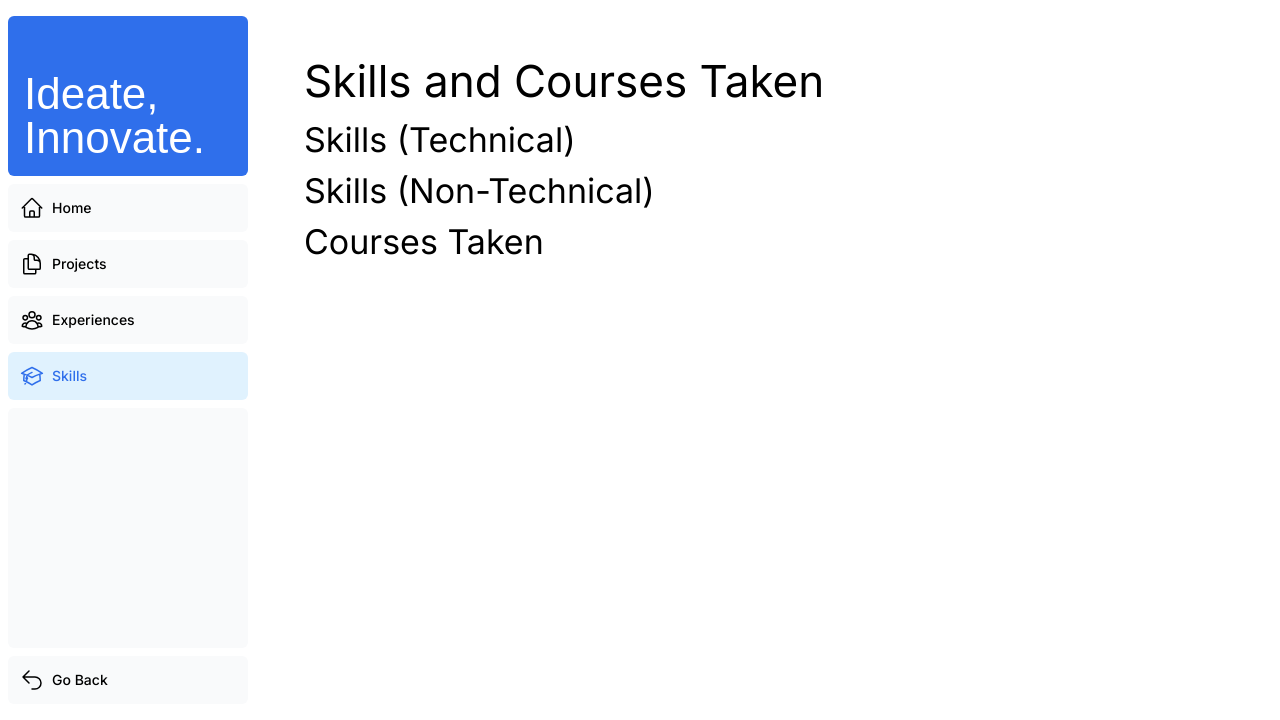
Repository: ThatGirlJam/jaime-portfolio
Page: /dashboard/skills
An editor plug-in stored every save of this project. The page is shown before and after the next save, followed by the edit.
The browser window is 1280 px wide. The pictures show the whole page.
Some web fonts or font styles are not loaded; a fallback is used. The project was rebuilt for these pictures with package versions that can differ from the ones it lists, and the page was loaded fresh each time. The framework's server and built-in components were replaced by stand-ins that run in the browser. Also part of the build but not shown: next.config.js.

Above is the page before, as saved 2024-04-09 23:21:38.

### app/dashboard/skills/page.tsx
export default function Page() {
  return (
    <div>
      <p className="text-[44px]"> Skills and Courses Taken </p>
      <p className="text-[34px]"> Skills (Technical) </p>
      <p className="text-[34px]"> Skills (Non-Technical) </p>
      <p className="text-[34px]"> Courses Taken </p>
    </div>
  );
}

### app/ui/fonts.ts
import { Inter } from 'next/font/google';
import { Lusitana } from 'next/font/google';

export const inter = Inter({ subsets: ['latin'] });

export const lusitana = Lusitana({
  weight: ['400', '700'],
  subsets: ['latin'],
});

### app/ui/dashboard/sidenav.tsx
import Link from 'next/link';
import NavLinks from '@/app/ui/dashboard/nav-links';
import BannerLogo from '@/app/ui/banner-logo';
import { ArrowUturnLeftIcon } from '@heroicons/react/24/outline';

export default function SideNav() {
  return (
    <div className="flex h-full flex-col px-3 py-4 md:px-2">
      <Link
        className="h-25 mb-2 flex items-end justify-start rounded-md bg-blue-600 p-4 md:h-40"
        href="/"
      >
        <div className="w-32 text-white md:w-40">
          <BannerLogo />
        </div>
      </Link>
      <div className="flex grow flex-row justify-between space-x-2 md:flex-col md:space-x-0 md:space-y-2">
        <NavLinks />
        <div className="hidden h-auto w-full grow rounded-md bg-gray-50 md:block"></div>
        <Link href="/">
          <button className="flex h-[48px] w-full grow items-center justify-center gap-2 rounded-md bg-gray-50 p-3 text-sm font-medium hover:bg-sky-100 hover:text-blue-600 md:flex-none md:justify-start md:p-2 md:px-3">
            <ArrowUturnLeftIcon className="w-6" />
            <div className="hidden md:block">Go Back</div>
          </button>
        </Link>
      </div>
    </div>
  );
}

### app/ui/dashboard/nav-links.tsx
'use client';

import {
  UserGroupIcon,
  HomeIcon,
  DocumentDuplicateIcon,
  AcademicCapIcon,
} from '@heroicons/react/24/outline';
import Link from 'next/link';
import { usePathname } from 'next/navigation';
import clsx from 'clsx';

// Map of links to display in the side navigation.
// Depending on the size of the application, this would be stored in a database.
const links = [
  { name: 'Home', href: '/dashboard', icon: HomeIcon },
  {
    name: 'Projects',
    href: '/dashboard/projects',
    icon: DocumentDuplicateIcon,
  },
  { name: 'Experiences', href: '/dashboard/experiences', icon: UserGroupIcon },
  { name: 'Skills', href: '/dashboard/skills', icon: AcademicCapIcon },
];

export default function NavLinks() {
  const pathname = usePathname();

  return (
    <>
      {links.map((link) => {
        const LinkIcon = link.icon;
        return (
          <Link
            key={link.name}
            href={link.href}
            //When the link.href aka link of the nav option matches the curr path name, turn blue to show user is on that page
            className={clsx(
              'flex h-[48px] grow items-center justify-center gap-2 rounded-md bg-gray-50 p-3 text-sm font-medium hover:bg-sky-100 hover:text-blue-600 md:flex-none md:justify-start md:p-2 md:px-3',
              {
                'bg-sky-100 text-blue-600': pathname === link.href,
              },
            )}
          >
            <LinkIcon className="w-6" />
            <p className="hidden md:block">{link.name}</p>
          </Link>
        );
      })}
    </>
  );
}

### app/ui/banner-logo.tsx
import { lusitana } from '@/app/ui/fonts';

export default function BannerLogo() {
  return (
    <div
      className={`${lusitana.className} flex flex-row items-center leading-none text-white`}
    >
      <p className="text-[44px]">Ideate, Innovate.</p>
    </div>
  );
}

Loaded but not shown: app/layout.tsx (common file); app/dashboard/layout.tsx (common file); app/ui/global.css (common file); tailwind.config.ts (common file)

After the next save:
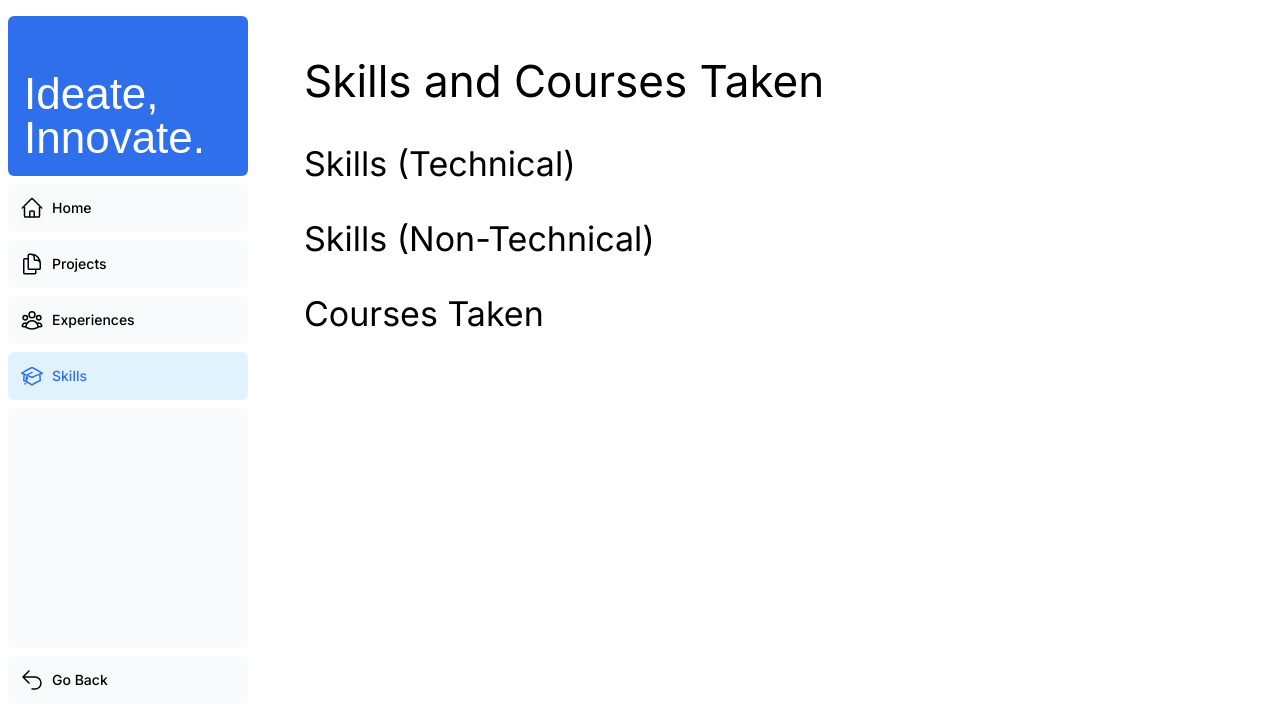
Saved 9 s later.
--- a/app/dashboard/skills/page.tsx
+++ b/app/dashboard/skills/page.tsx
@@ -2,9 +2,13 @@ export default function Page() {
   return (
     <div>
       <p className="text-[44px]"> Skills and Courses Taken </p>
+      <br/>
       <p className="text-[34px]"> Skills (Technical) </p>
+      <br/>
       <p className="text-[34px]"> Skills (Non-Technical) </p>
+      <br/>
       <p className="text-[34px]"> Courses Taken </p>
+      <br/>
     </div>
   );
 }
